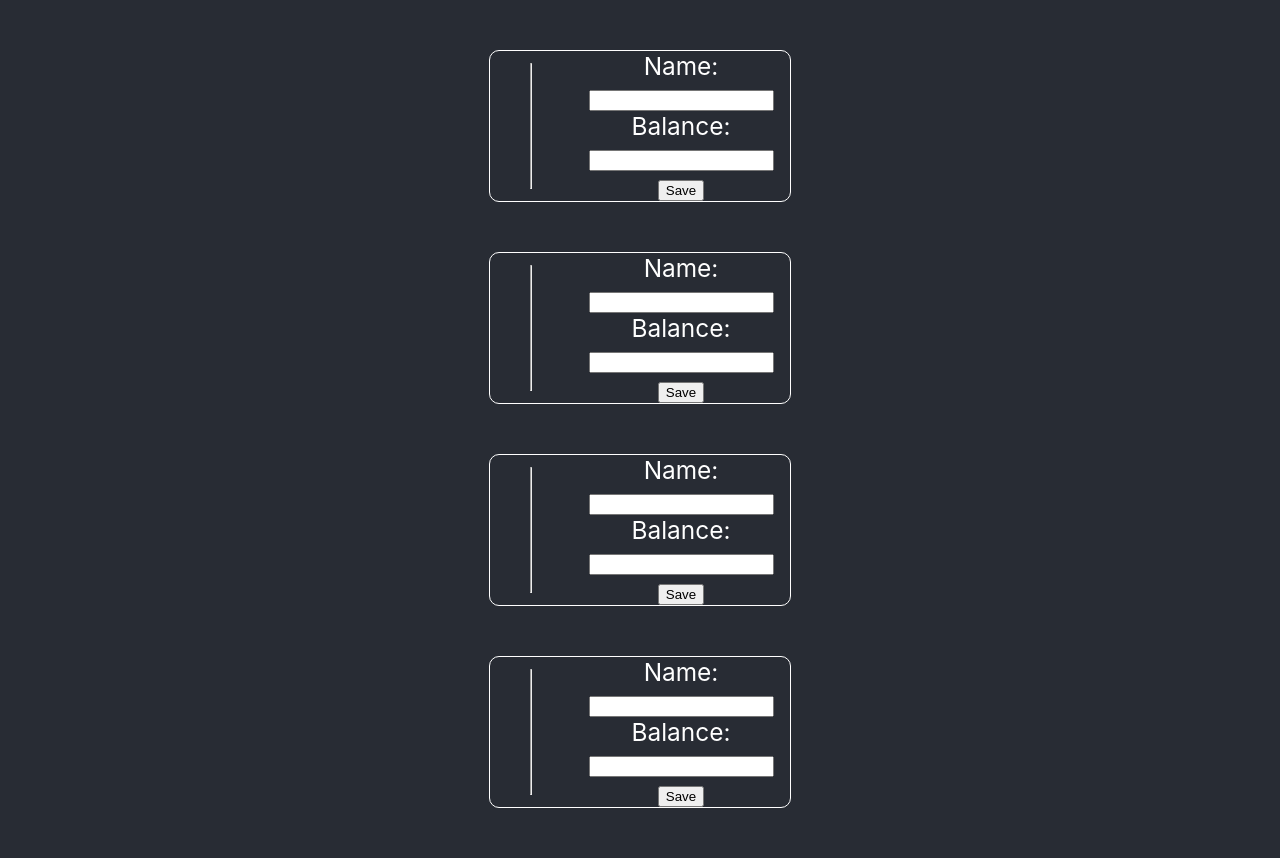
Repository: bandikost/capers
Page: /main
The author's editor kept a copy of each file at every save. The page is drawn from the files as they stood at one save, then again after the next save.
The browser window is 1280 px wide. The pictures show the whole page.
The page's requests for data from a server got no answer. The project was rebuilt for these pictures with package versions that can differ from the ones it lists, and the page was loaded fresh each time. No one was signed in, and anything a server would have sent is missing.

Above is the page before, as saved 2023-04-10 12:28:50.

### src/App.js
import logo from './logo.svg';
import './App.css';
import { BrowserRouter, Routes, Route } from "react-router-dom";
import Main from './components/Main';


function App() {
  return (
    <div className="App">
      <header className="App-header">
      <BrowserRouter >
        <Routes>
            <Route path='/main' element={<Main />}/>
        </Routes>
      </BrowserRouter>
      </header>
    </div>
  );
}

export default App;

### src/App.css
.App {
  text-align: center;
}

.App-logo {
  height: 40vmin;
  pointer-events: none;
}


.App-header {
  background-color: #282c34;
  min-height: 100vh;
  display: flex;
  flex-direction: column;
  align-items: center;
  justify-content: center;
  font-size: calc(10px + 2vmin);
  color: white;
}

.App-link {
  color: #61dafb;
}


.table {
  height: auto;
  margin: 0 auto 0;
}

.cell {
  border: 1px solid white;
  border-radius: 10px;
  width: 300px;
  margin: 50px 0px;
  display: flex;
  justify-content: space-between;
}

.cell p {
  padding: 0 20px;
}

### src/components/Main.jsx
import React, { useState, useEffect } from "react";
import firebase from "../firebase";
import UserEditForm from "./UserEditForm";

export const Main = () => {
  const [name, setName] = useState({});
  const [balance, setbalance] = useState({});

  useEffect(() => {
    const balanceRef = firebase.database().ref("balance");
    balanceRef.on("value", (snapshot) => {
      const data = snapshot.val();
      setbalance(data);
    });

    const nameRef = firebase.database().ref("name");
    nameRef.on("value", (snapshot) => {
      const data = snapshot.val();
      setName(data);
    });
  }, []);

  const getHighestBalanceUser = () => {
    const users = Object.keys(balance);
    let highestBalance = -Infinity;
    let highestBalanceUser = "";
    users.forEach((user) => {
      if (balance[user] > highestBalance) {
        highestBalance = balance[user];
        highestBalanceUser = user;
      }
    });
    return highestBalanceUser;
  };

  return (
    <div className="table">
      <div className="cell">
        <p>{name.user1}</p>
        <hr />
        <p>{balance.user1}</p>
        <UserEditForm userId="user1" name={name.user1} balance={balance.user1} />
      </div>
      <div className="cell">
        <p>{name.user2}</p>
        <hr />
        <p>{balance.user2}</p>
        <UserEditForm userId="user2" name={name.user2} balance={balance.user2} />
      </div>
      <div className="cell">
        <p>{name.user3}</p>
        <hr />
        <p>{balance.user3}</p>
        <UserEditForm userId="user3" name={name.user3} balance={balance.user3} />
      </div>
      <div className="cell">
        <p>{name.user4}</p>
        <hr />
        <p>{balance.user4}</p>
        <UserEditForm userId="user4" name={name.user4} balance={balance.user4} />
        </div>
        </div>

  )
}
  export default Main;

### src/firebase.js

import "firebase/database";
import firebase from "firebase/compat/app";
import "firebase/compat/database";
import { getAuth } from "firebase/auth";
import { getFirestore } from "firebase/firestore";
import { getStorage, ref } from "firebase/storage";


const firebaseConfig = {
    apiKey: "AIzaSyBp1x8lQCSbuPwbK_sXJ7eGkGpN9c7ONY8",
    authDomain: "capers-a3171.firebaseapp.com",
    databaseURL: "https://capers-a3171-default-rtdb.europe-west1.firebasedatabase.app",
    projectId: "capers-a3171",
    storageBucket: "capers-a3171.appspot.com",
    messagingSenderId: "794243042023",
    appId: "1:794243042023:web:668504b8bdcbe9b7c63042",
    measurementId: "G-7YW48MQCSP"
  };

firebase.initializeApp(firebaseConfig);

export const auth = getAuth();
export const storage = getStorage()
export const db = getFirestore();
export default firebase;

### src/components/UserEditForm.js
import React, { useState } from "react";
import firebase from "../firebase";

const UserEditForm = ({ userId, name, balance }) => {
  const [newName, setNewName] = useState(name);
  const [newBalance, setNewBalance] = useState(balance);

  const handleSubmit = (event) => {
    event.preventDefault();
    const balanceRef = firebase.database().ref("balance");
    balanceRef.update({ [userId]: newBalance });
    const nameRef = firebase.database().ref("name");
    nameRef.update({ [userId]: newName });
  };

  return (
    <form onSubmit={handleSubmit}>
      <label htmlFor={`name_${userId}`}>Name:</label>
      <input
        type="text"
        id={`name_${userId}`}
        value={newName}
        onChange={(e) => setNewName(e.target.value)}
      />
      <label htmlFor={`balance_${userId}`}>Balance:</label>
      <input
        type="number"
        id={`balance_${userId}`}
        value={newBalance}
        onChange={(e) => setNewBalance(Number(e.target.value))}
      />
      <button type="submit">Save</button>
    </form>
  );
};

export default UserEditForm;

Loaded but not shown: public/index.html (common file); src/index.js (common file); src/index.css (common file); src/reportWebVitals.js (common file)

After the next save:
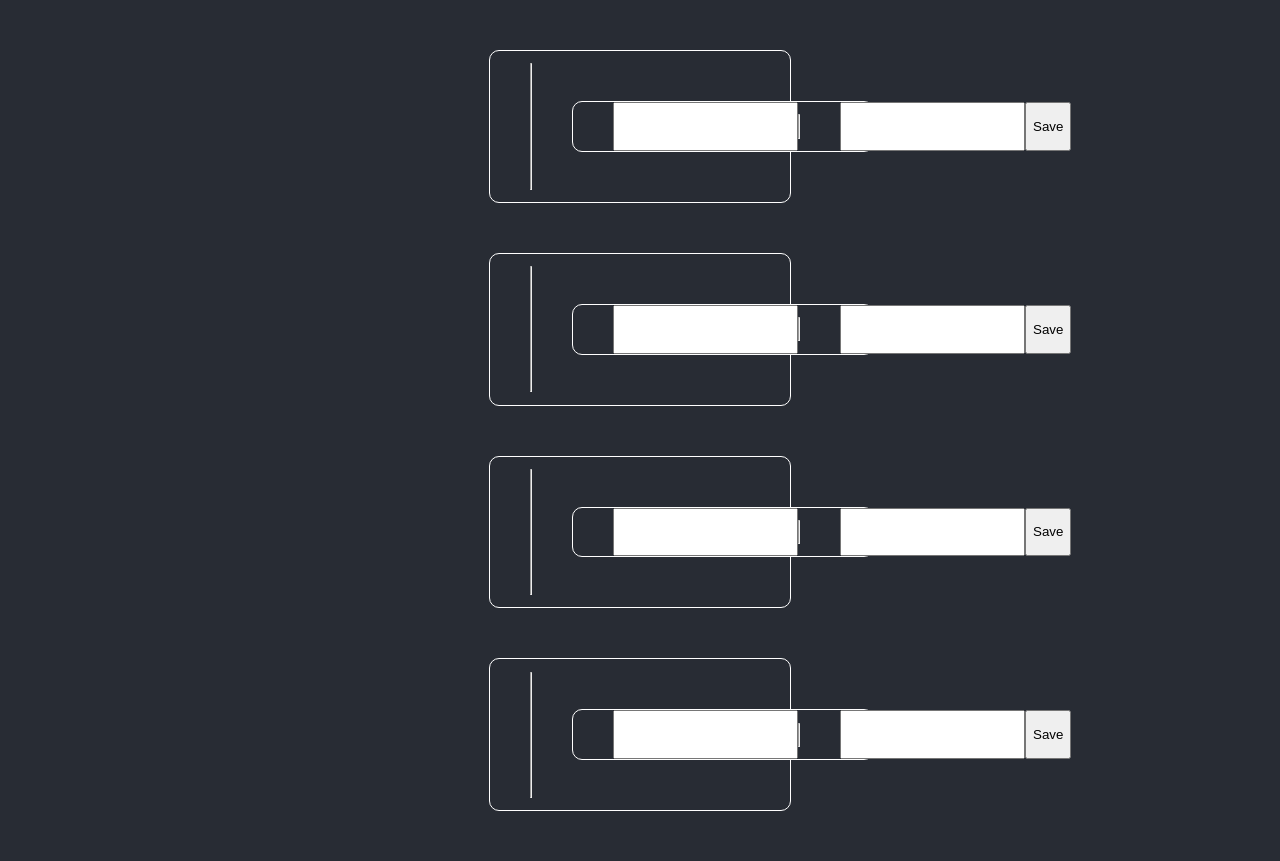
Saved 82 s later.
--- a/src/components/UserEditForm.js
+++ b/src/components/UserEditForm.js
@@ -1,37 +1,27 @@
 import React, { useState } from "react";
-import firebase from "../firebase";
 
-const UserEditForm = ({ userId, name, balance }) => {
-  const [newName, setNewName] = useState(name);
-  const [newBalance, setNewBalance] = useState(balance);
+const UserInput = ({ user, name, balance, onChange }) => {
+  const [inputName, setInputName] = useState(name);
+  const [inputBalance, setInputBalance] = useState(balance);
 
-  const handleSubmit = (event) => {
-    event.preventDefault();
-    const balanceRef = firebase.database().ref("balance");
-    balanceRef.update({ [userId]: newBalance });
-    const nameRef = firebase.database().ref("name");
-    nameRef.update({ [userId]: newName });
+  const handleNameChange = (e) => {
+    setInputName(e.target.value);
+  };
+
+  const handleBalanceChange = (e) => {
+    setInputBalance(e.target.value);
   };
 
   return (
-    <form onSubmit={handleSubmit}>
-      <label htmlFor={`name_${userId}`}>Name:</label>
-      <input
-        type="text"
-        id={`name_${userId}`}
-        value={newName}
-        onChange={(e) => setNewName(e.target.value)}
-      />
-      <label htmlFor={`balance_${userId}`}>Balance:</label>
-      <input
-        type="number"
-        id={`balance_${userId}`}
-        value={newBalance}
-        onChange={(e) => setNewBalance(Number(e.target.value))}
-      />
-      <button type="submit">Save</button>
-    </form>
+    <div className="cell">
+      <p>{inputName}</p>
+      <input type="text" value={inputName} onChange={handleNameChange} />
+      <hr />
+      <p>{inputBalance}</p>
+      <input type="number" value={inputBalance} onChange={handleBalanceChange} />
+      <button onClick={() => onChange(user, inputName, inputBalance)}>Save</button>
+    </div>
   );
 };
 
-export default UserEditForm;
+export default UserInput;
